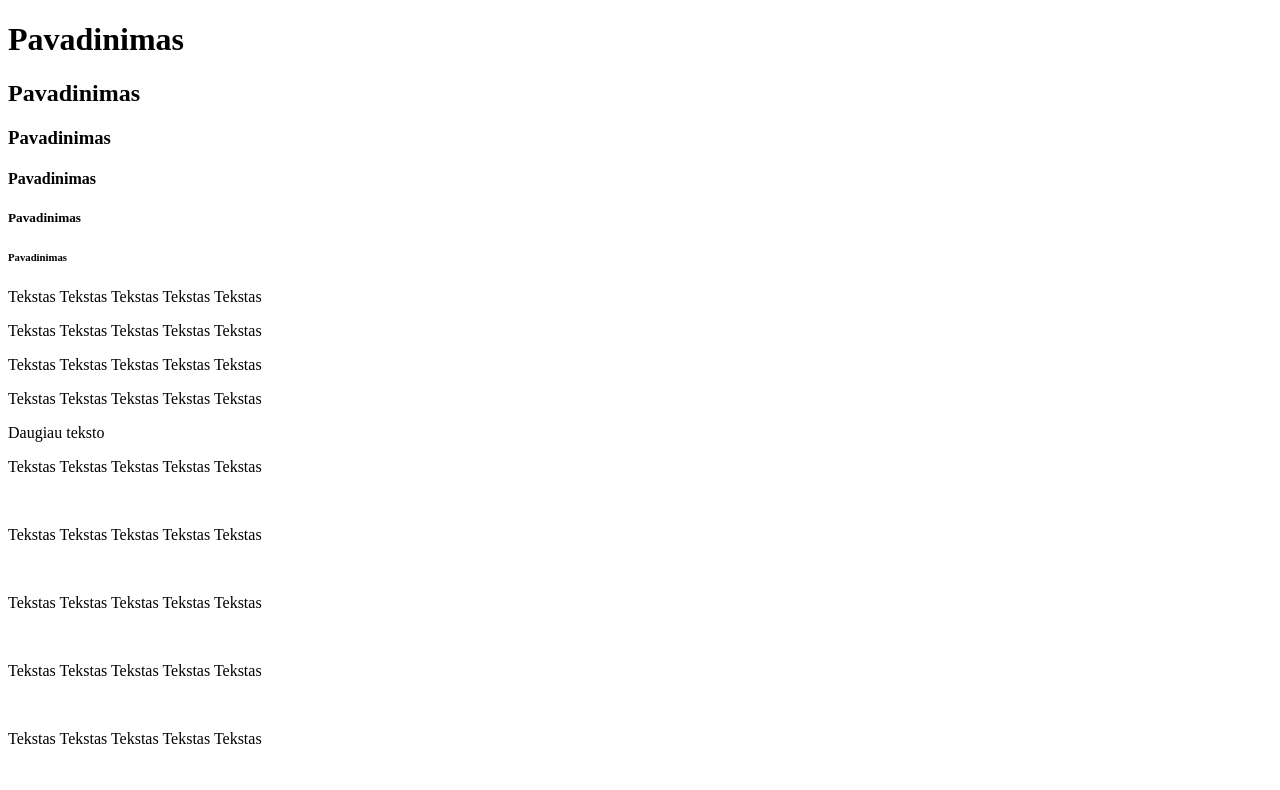
Repository: motiejus1/01-paskait
Page: pirmas.html
These files come from the project's save history. The page is drawn as it stood at one moment and after the next save; the edit follows.
The browser window is 1280 px wide. The pictures show the whole page.

Above is the page before, as saved 2021-05-31 20:28:40.

After the next save:
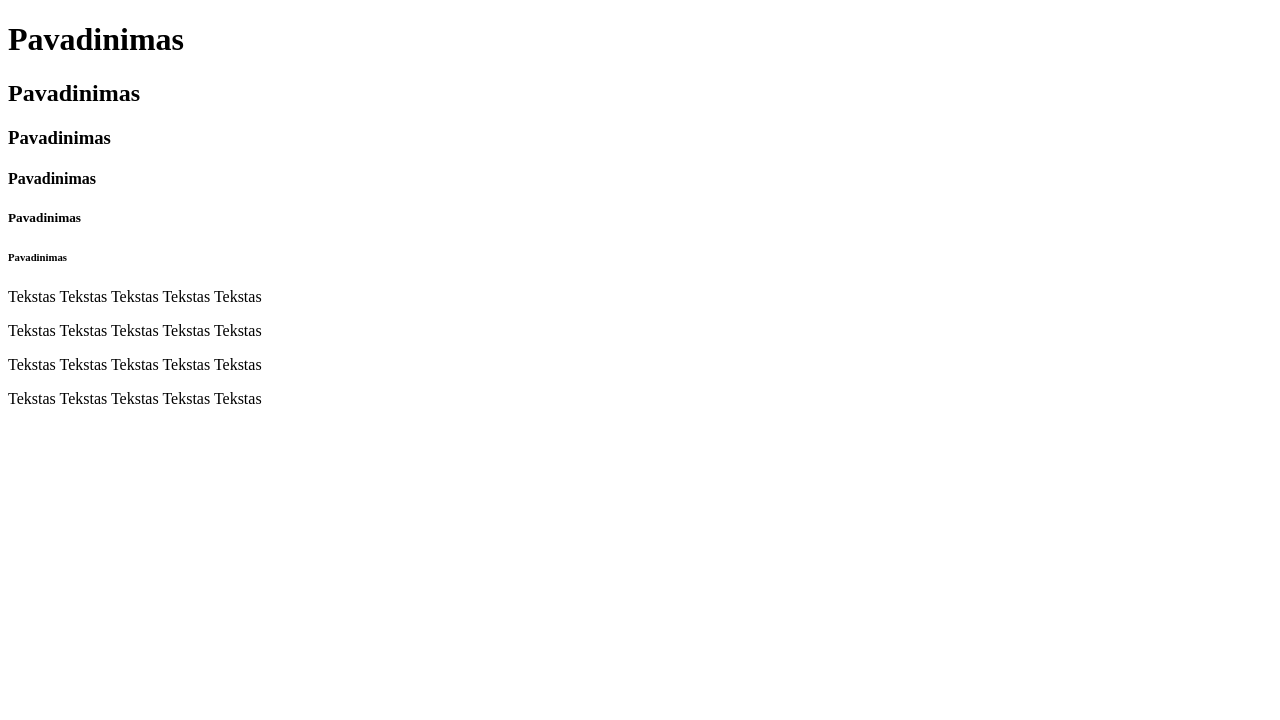
Saved 60 s later.
--- a/pirmas.html
+++ b/pirmas.html
@@ -22,15 +22,6 @@
         <p>Tekstas Tekstas Tekstas Tekstas Tekstas</p>
         <p>Tekstas Tekstas Tekstas Tekstas Tekstas</p>
 
-        <p>Daugiau teksto</p>
-
-
-        <p>Tekstas Tekstas Tekstas Tekstas Tekstas</p><br>
-        <p>Tekstas Tekstas Tekstas Tekstas Tekstas</p><br>
-        <p>Tekstas Tekstas Tekstas Tekstas Tekstas</p><br>
-        <p>Tekstas Tekstas Tekstas Tekstas Tekstas</p><br>
-
-        <p>Tekstas Tekstas Tekstas Tekstas Tekstas</p><br>
     </body>
 
 </html>
